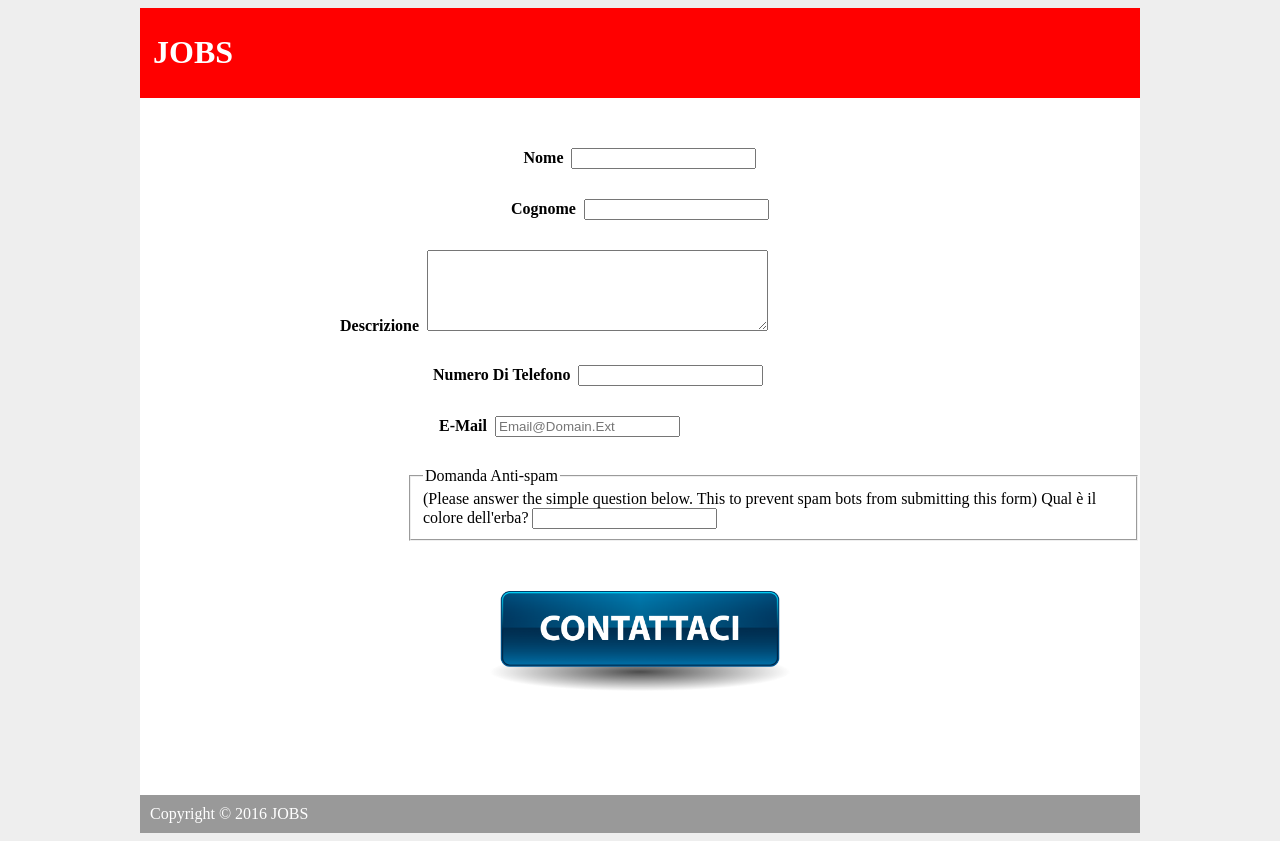
Repository: ProjectRC/RC
Page: client/contattaci.html
The author's editor kept a record of every edit. The page is drawn from the files as they stood at one moment, then again after the next edit.
The browser window is 1280 px wide. The pictures show the whole page.

Above is the page before.

After the next edit:
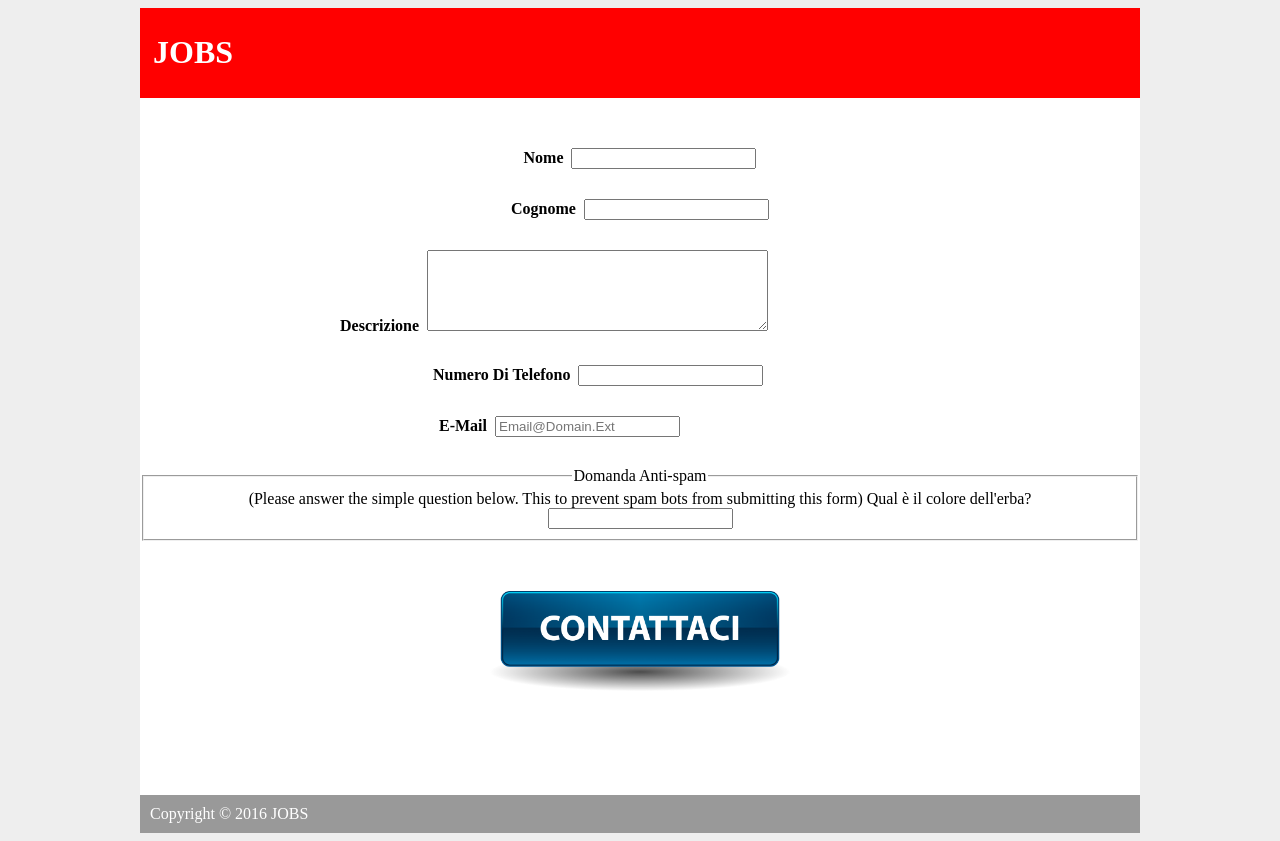
The edit:
--- a/client/css/contattaci.css
+++ b/client/css/contattaci.css
@@ -58,8 +58,8 @@
 
 #antispam {
     margin-top: 30px;
-    text-align: left;
-    margin-left: 269px;
+    text-align: center;
+    /*margin-left: 269px;*/
 }
 
 #contatta {
